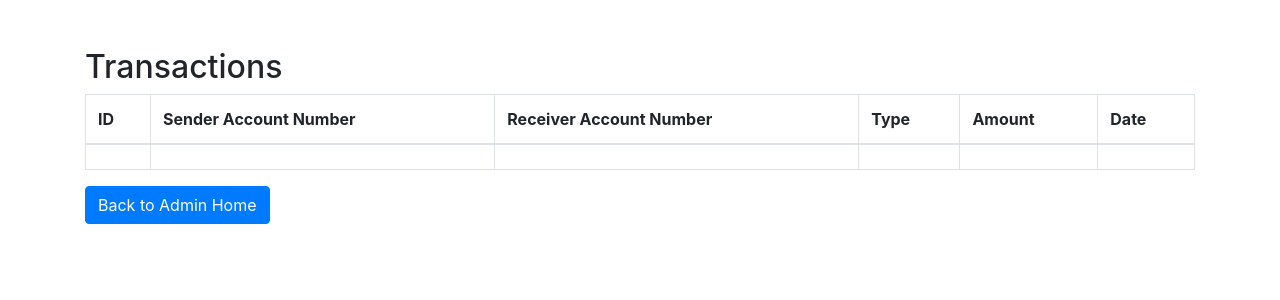
Repository: SuyashAwasthy/Javaee
Page: http://localhost/13-bank-application-mvc/viewTransaction.jsp
These files come from the project's save history. The page is drawn as it stood at one moment and after the next save; the edit follows.
The browser window is 1280 px wide. The pictures show the whole page.
The page is served by Tomcat 9. The template is opened directly, without the code that normally fills it, so the values that code supplies are empty.

Above is the page before, as saved 2024-07-22 09:03:59.

After the next save:
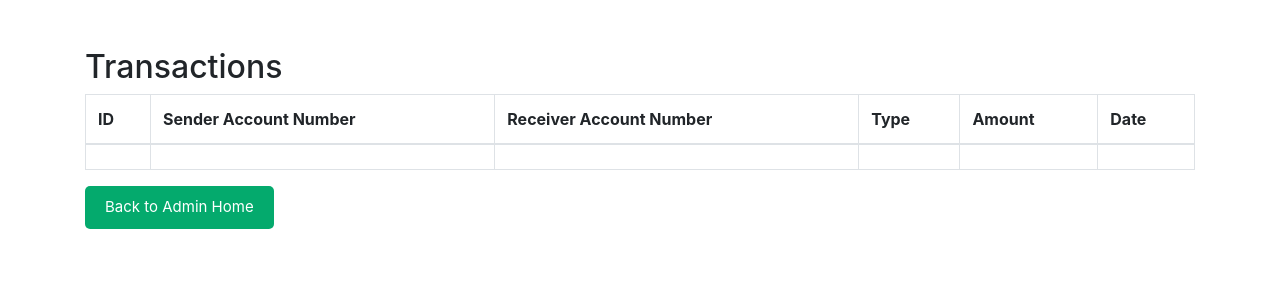
Saved 17 s later.
--- a/13-bank-application-mvc/WebContent/viewTransaction.jsp
+++ b/13-bank-application-mvc/WebContent/viewTransaction.jsp
@@ -4,6 +4,7 @@
 <html>
 <head>
     <title>View Transactions</title>
+    <link rel="stylesheet" href="css/styles.css">
     <link rel="stylesheet" href="https://maxcdn.bootstrapcdn.com/bootstrap/4.0.0/css/bootstrap.min.css">
 </head>
 <body>
@@ -33,7 +34,7 @@
                 </c:forEach>
             </tbody>
         </table>
-        <a href="adminHome.jsp" class="btn btn-primary">Back to Admin Home</a>
+        <a href="adminHome.jsp" class="button">Back to Admin Home</a>
     </div>
 </body>
 </html>
